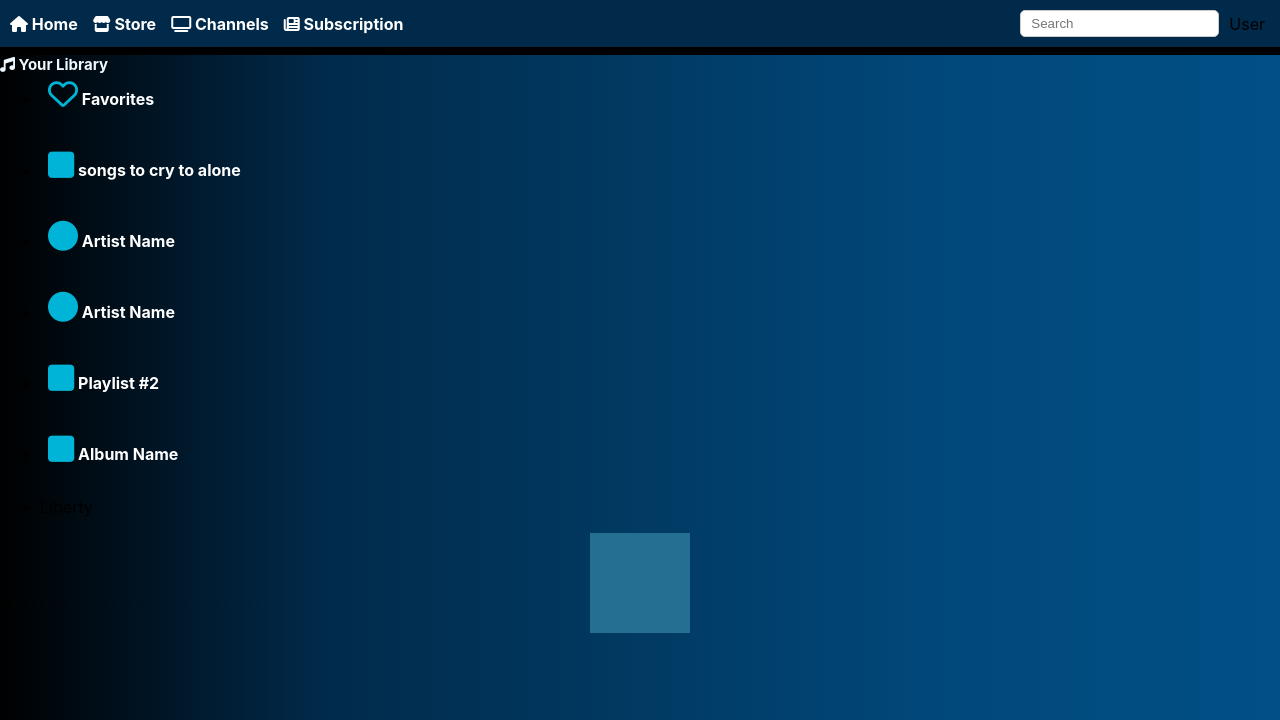
Repository: gordonnrat/group-2-project
Page: / (app in source-code/)
The author's editor kept a copy of each file at every save. The page is drawn from the files as they stood at one save, then again after a run of saves.
The browser window is 1280 px wide. The pictures show the whole page.
The project was rebuilt for these pictures with package versions that can differ from the ones it lists, and the page was loaded fresh each time. Also part of the build but not shown: source-code/src/App.css, source-code/src/App.js, source-code/src/components/pages/Login.js.

Above is the page before, as saved 2023-07-26 16:17:21.

After the next 2 saves:
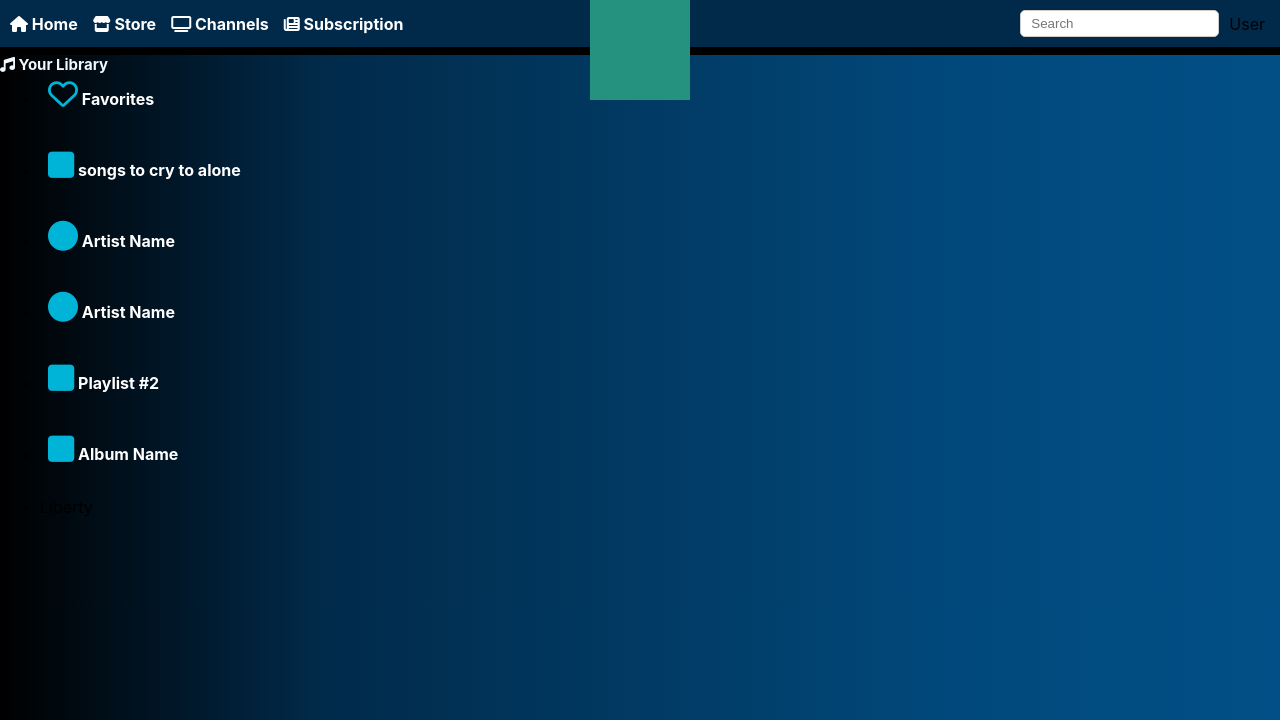
The 2 saves are shown as one change because they came seconds apart.
The last was saved 20 s later.
--- a/source-code/src/components/pages/js.css
+++ b/source-code/src/components/pages/js.css
@@ -9,9 +9,12 @@
 .square {
   width: 100px;
   height: 100px;
-  background-color: rgb(37, 112, 146);
+  background-color: rgb(37, 146, 128);
+  position: absolute;
+  top: 0; /* This will position the square at the top of the page */
+  left: 50%; /* This will horizontally center the square */
+  transform: translateX(-50%); /* This will adjust the centering due to the width of the square */
 }
-
 
 
 
